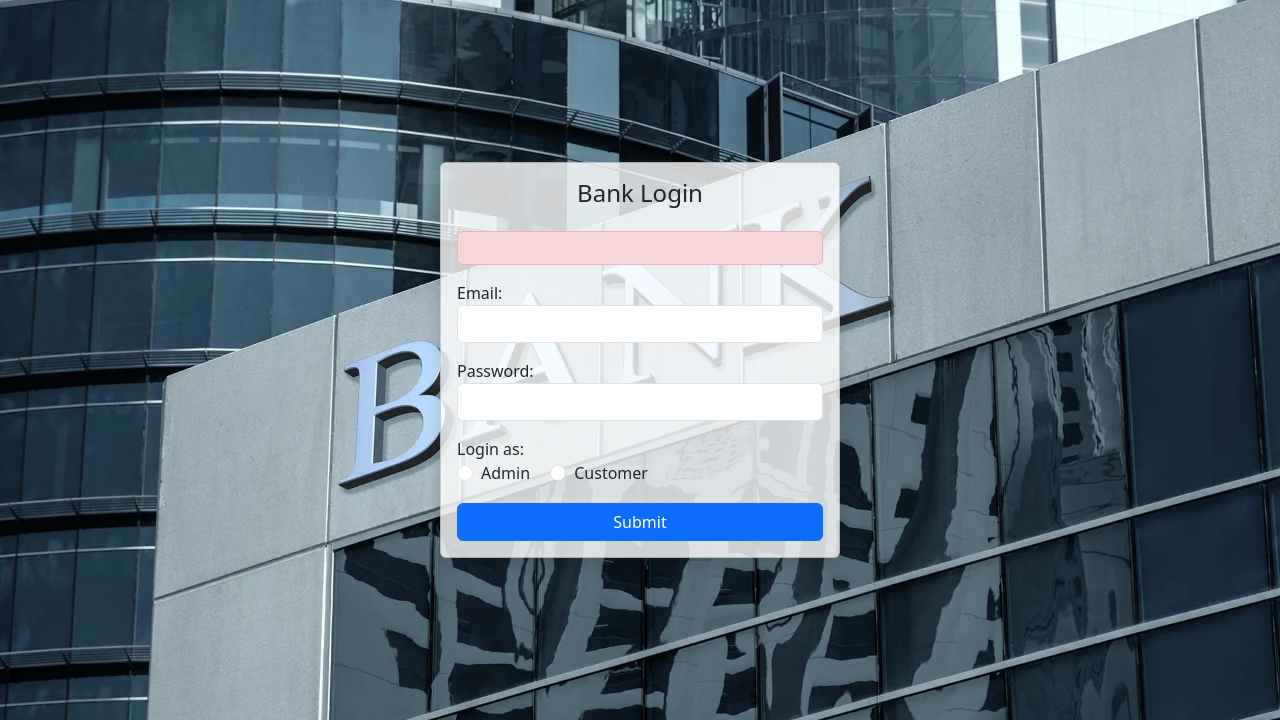
Repository: prathamsuhasia/swabhav-mini-project
Page: http://localhost/01-mini-project/Index.jsp
An editor plug-in stored every save of this project. The page is shown before and after the next save, followed by the edit.
The browser window is 1280 px wide. The pictures show the whole page.
The page is served by Tomcat 9.

Above is the page before, as saved 2024-08-15 21:27:00.

After the next save:
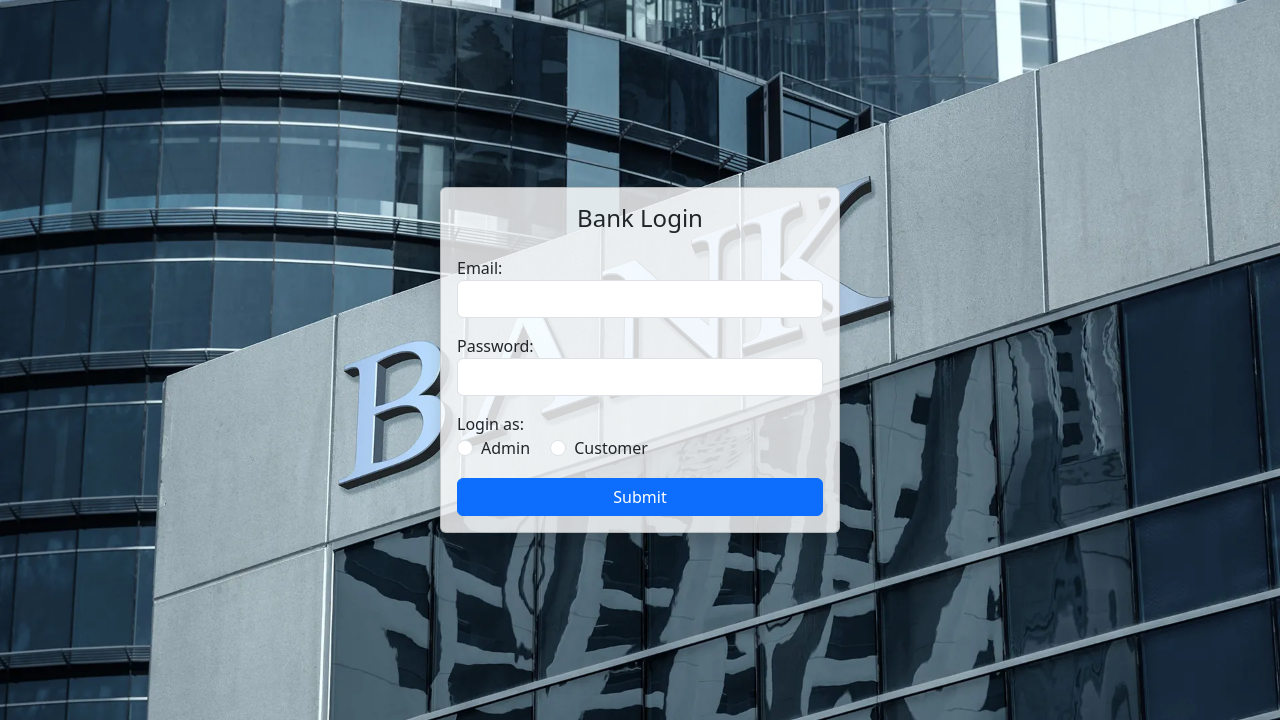
Saved 3 min 47 s later.
--- a/01-mini-project/WebContent/Index.jsp
+++ b/01-mini-project/WebContent/Index.jsp
@@ -1,5 +1,3 @@
-<%@ page language="java" contentType="text/html; charset=ISO-8859-1"
-    pageEncoding="ISO-8859-1"%>
 <!DOCTYPE html PUBLIC "-//W3C//DTD HTML 4.01 Transitional//EN" "http://www.w3.org/TR/html4/loose.dtd">
 <html>
 <head>
@@ -28,21 +26,8 @@
     <div class="card-body">
         <h4 class="card-title text-center mb-4">Bank Login</h4>
 
-        <!-- Error Message Display -->
-       <c:if test="${param.error == 'InvalidAdminCredentials' || param.error == 'InvalidCustomerCredentials'}">
-    <div class="alert alert-danger" role="alert">
-        <c:choose>
-            <c:when test="${param.error == 'InvalidAdminCredentials'}">
-                <c:out value="Invalid admin credentials. Please try again." />
-            </c:when>
-            <c:when test="${param.error == 'InvalidCustomerCredentials'}">
-                <c:out value="Invalid customer credentials. Please try again." />
-            </c:when>
-        </c:choose>
-    </div>
-</c:if>
-
-
+        <!-- Error Message Display Placeholder -->
+        <div id="error-message" class="alert alert-danger" role="alert" style="display: none;"></div>
 
         <form action="LoginController">
             <div class="form-group mb-3">
@@ -71,6 +56,25 @@
     </div>
 </div>
 
+<!-- Embed error parameter into JavaScript -->
+<script>
+    // Retrieve error parameter from the URL
+    const urlParams = new URLSearchParams(window.location.search);
+    const error = urlParams.get('error');
+
+    // Get the error message div
+    const errorMessageDiv = document.getElementById('error-message');
+
+    // Display appropriate error message
+    if (error === 'InvalidAdminCredentials') {
+        errorMessageDiv.innerText = 'Invalid admin credentials. Please try again.';
+        errorMessageDiv.style.display = 'block';
+    } else if (error === 'InvalidCustomerCredentials') {
+        errorMessageDiv.innerText = 'Invalid customer credentials. Please try again.';
+        errorMessageDiv.style.display = 'block';
+    }
+</script>
+
 <script src="https://cdn.jsdelivr.net/npm/bootstrap@5.3.0/dist/js/bootstrap.bundle.min.js"></script>
 </body>
 </html>
